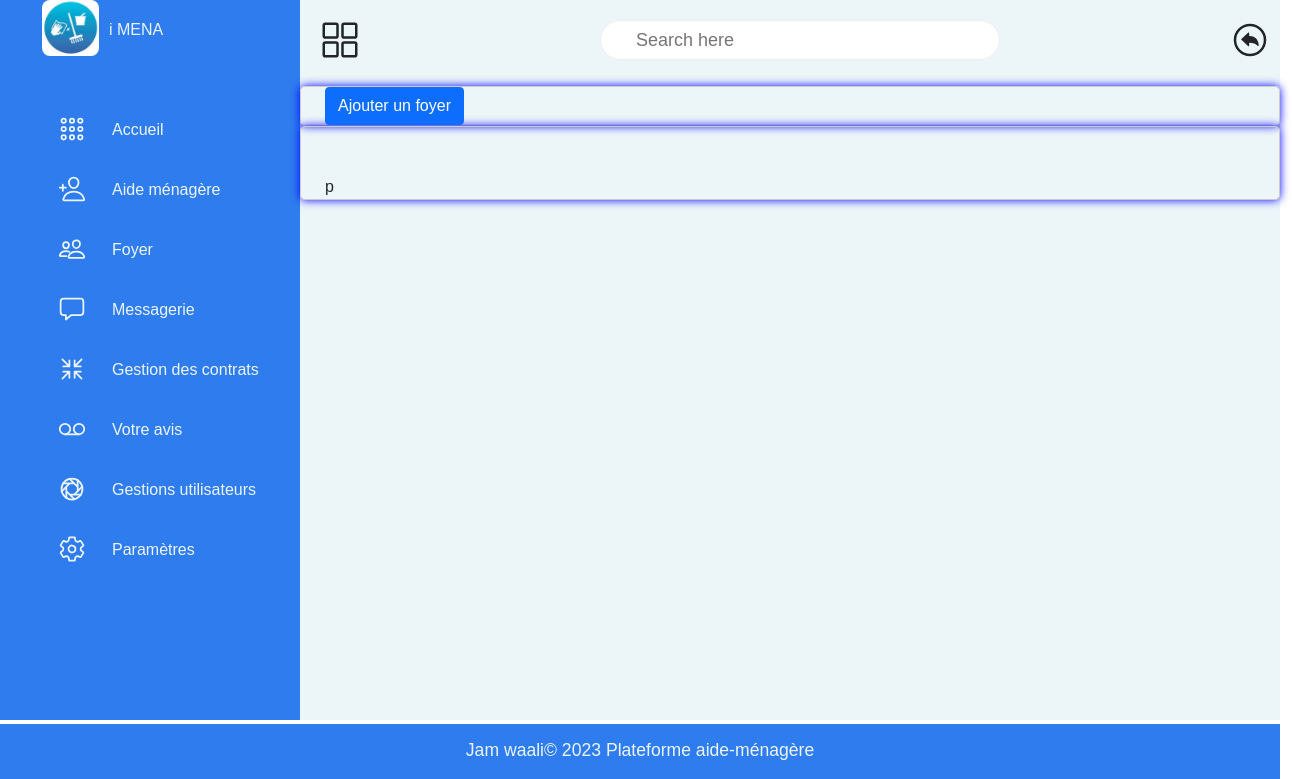
Repository: ibradicko384/soute
Page: http://localhost/backoffice/liste_foyer
An editor plug-in stored every save of this project. The page is shown before and after a run of saves, followed by the edit.
The browser window is 1280 px wide. The page is 1292 px wide, so the pictures cover 1292 px, including what lies to the right of the window. The pictures show the whole page.
Some web fonts or font styles are not loaded; a fallback is used. The page is served by the project's Laravel application, run on PHP 8.4 with Laravel 10. Queries for data that is not in the repository find no rows.

Above is the page before, as saved 2023-12-14 10:14:53.
Console error: ReferenceError: $ is not defined

After the next 9 saves:
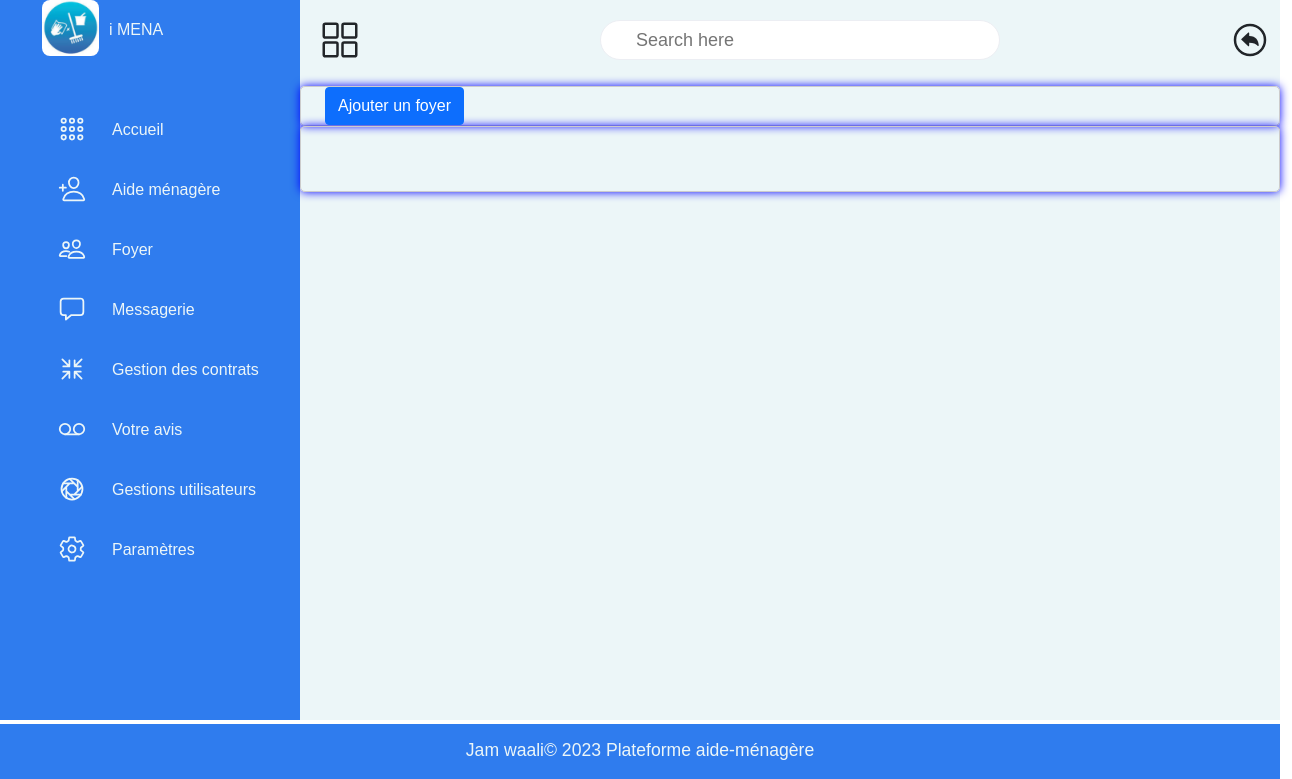
The 9 saves are shown as one change because they came seconds apart.
The last was saved 23 s later.
--- a/resources/views/backoffice/liste_foyer.blade.php
+++ b/resources/views/backoffice/liste_foyer.blade.php
@@ -11,7 +11,9 @@
                 @if($foyers->count() > 0)
 
                 @else
-                    p
+                    <p>
+
+                    </p>
                 @endif
 
 
